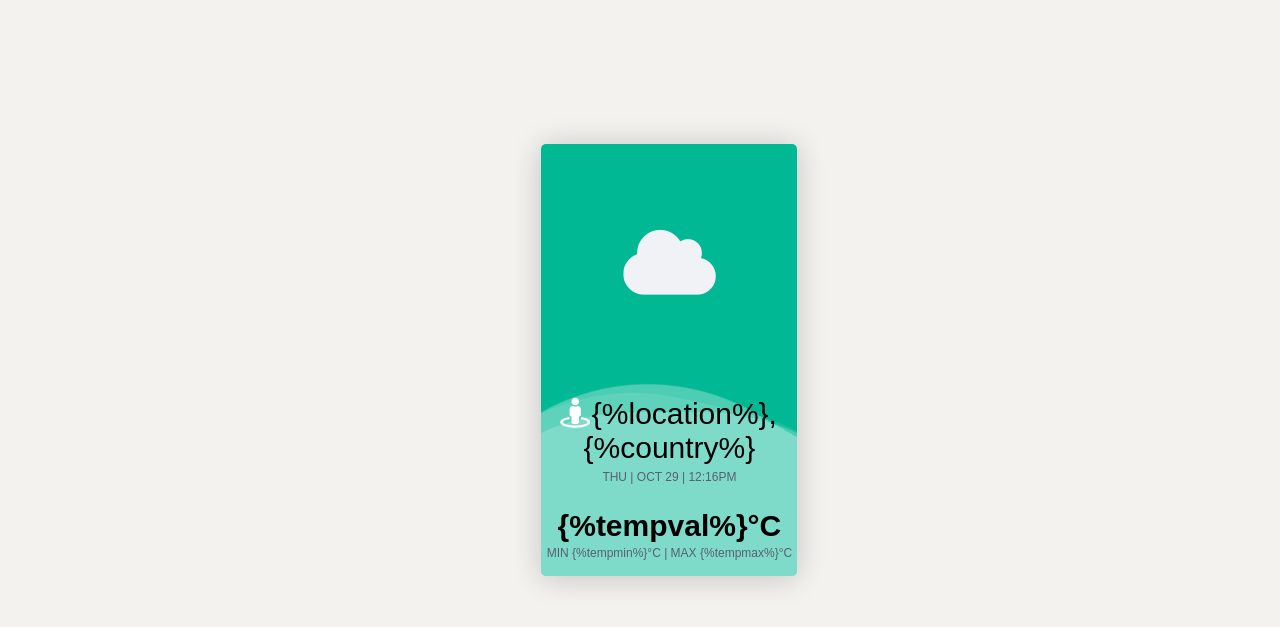
Repository: AalokJadhav/Weather_Website
Page: home.html
These files come from the project's save history. The page is drawn as it stood at one moment and after the next save; the edit follows.
The browser window is 1280 px wide. The pictures show the whole page.
Some web libraries are served in a nearby version.

Above is the page before, as saved 2020-11-07 23:23:43.

### home.html
<!DOCTYPE html>
<html lang="en">

<head>
    <meta charset="UTF-8">
    <meta name="viewport" content="width=device-width, initial-scale=1.0">
    <link rel="stylesheet" href="https://cdnjs.cloudflare.com/ajax/libs/font-awesome/5.10.0/css/all.min.css"
        integrity="sha512-PgQMlq+nqFLV4ylk1gwUOgm6CtIIXkKwaIHp/PAIWHzig/lKZSEGKEysh0TCVbHJXCLN7WetD8TFecIky75ZfQ=="
        crossorigin="anonymous" />
    <style>
        * {
            padding: 0;
            margin: 0;
            /* font-family: "Jost", sans-serif; */
            font-family: "Quicksand", sans-serif;
        }

        .goBack {
            background-color: #f1f1f1;
            color: black;
            right: 50%;
        }
        input:hover {
            background-color: #ddd;
            color: black;
}

        body {
            background: #f3f2ef;
            display: flex;
            justify-content: center;
            align-items: center;
            flex-wrap: wrap;
            height: 100vh;
            width: 100vw;
        }

        html,
        body {
            font-size: 62.5%;
            height: 100%;
        }

        html {
            background: #eee;
        }

        .box {
            width: 20vw;
            height: 60vh;
            border-radius: 0.5rem;
            box-shadow: 0 0.2rem 3rem rgba(0, 0, 0, 0.2);
            background: #00b894;
            position: relative;
            overflow: hidden;
            transform: translate3d(0, 0, 0);
            min-width: 20rem;
            min-height: 35rem;
        }

        .wave {
            opacity: 0.3;
            position: absolute;
            top: 120%;
            left: 50%;
            background: white;
            width: 50rem;
            height: 50rem;
            margin-left: -25rem;
            margin-top: -25rem;
            transform-origin: 50% 48%;
            border-radius: 43%;
            animation: drift 3000ms infinite linear;
            z-index: 1;
        }

        .wave.-three {
            animation: drift 5000ms infinite linear;
            z-index: 2 !important;
            opacity: 0.2;
        }

        .wave.-two {
            animation: drift 7000ms infinite linear;
            opacity: 0.1;
            z-index: 3 !important;
        }

        .box:after {
            content: "";
            display: block;
            left: 0;
            top: 0;
            width: 100%;
            height: 100%;
            z-index: 11;
            transform: translate3d(0, 0, 0);
        }

        @keyframes drift {
            from {
                transform: rotate(0deg);
            }

            from {
                transform: rotate(360deg);
            }
        }

        .info {
            position: absolute;
            bottom: 0;
            width: 100%;
            height: 45%;
            z-index: 4;
        }

        .location {
            margin-top: 1.5rem;
            text-align: center;
            font-weight: 800;
            font-size: 3rem;
            font-weight: 500;
        }

        .fa-street-view {
            animation: rotates 3s linear infinite alternate;
        }

        @keyframes rotates {
            from {
                transform: translateX(-0.5rem);
            }

            to {
                transform: translateX(0.5rem);
            }
        }

        #date {
            text-align: center;
            margin-top: 0.5rem;
            color: #57606f;
            font-size: 1.2rem;
            font-weight: 300;
            text-transform: uppercase;
        }

        .temp {
            margin-top: 2.5rem;
            text-align: center;
            font-size: 3rem;
        }

        .tempmin_max {
            text-align: center;
            margin-top: 0.3rem;
            font-weight: 300;
            font-size: 1.2rem;
            color: #57606f;
        }

        #weathercon {
            height: 55%;
            display: flex;
            justify-content: center;
            align-items: center;
            font-size: 3em;
        }

        #weathercon .fas {
            font-size: 6rem;
            animation: fas-anime 3s linear infinite alternate;
        }

        @keyframes fas-anime {
            from {
                transform: scale(1.1);
            }

            to {
                transform: scale(1.5);
            }
        }

        @media (max-width: 600px) {
            .box {
                width: 90vw;
                height: 80vh;
            }

            .wave {
                top: 85%;
            }

            #weathercon {
                font-size: 5em;
            }

            .info {
                font-size: 1.5rem;
            }
        }

        @media (max-height: 500px) {
            .box {
                height: 80vh;
            }

            .wave {
                top: 115%;
            }
        }

        body>span {
            width: 100vw;
            text-align: center;
            color: grey;
        }
    </style>
    <title>Weather App</title>
</head>
<body>
    <input type="button" value="Go Back!" class="goBack" onclick="goBack()" style="color: blue; position:relative;">

    <div class="box">
        <div class="wave -one"></div>
        <div class="wave -two"></div>
        <div class="wave -three"></div>

        <div id="weathercon">
            <i class="fas fa-sun" style="color: #f1c40f;"></i>
        </div>

        <div class="info">
            <h2 class="location"><i class="fas fa-street-view" style="color: #fff"></i>{%location%}, {%country%}</h2>
            <p id="date">THU | OCT 29 | 12:13PM</p>
            <h1 class="temp">{%tempval%}&deg;C</h1>
            <h3 class="tempmin_max">MIN {%tempmin%}&deg;C | MAX {%tempmax%}&deg;C</h3>
        </div>
    </div>
<br>

    <script>
        const curDate = document.getElementById('date');
        let weathercon = document.getElementById('weathercon');
        const tempStatus = "{%tempstatus%}";

        //condition to check sunny or cloudy
        if (tempStatus == "Sunny") {
            weathercon.innerHTML =
                "<i class='fas  fa-sun' style='color: #eccc68;'></i>";
        } else if (tempStatus == "Clouds") {
            weathercon.innerHTML =
                "<i class='fas  fa-cloud' style='color: #f1f2f6;'></i>";
        } else if (tempStatus == "Rainy") {
            weathercon.innerHTML =
                "<i class='fas  fa-cloud-rain' style='color: #a4b0be;'></i>";
        } else {
            weathercon.innerHTML =
                "<i class='fas  fa-cloud' style='color:#f1f2f6;'></i>";
        }

        const getCurrentDay = () => {
            var weekday = new Array(7);
            weekday[0] = "Sun";
            weekday[1] = "Mon";
            weekday[2] = "Tue";
            weekday[3] = "Wed";
            weekday[4] = "Thu";
            weekday[5] = "Fri";
            weekday[6] = "Sat";

            let currentTime = new Date();
            console.log(weekday[currentTime.getDay()]);
            let day = weekday[currentTime.getDay()];
            return day;
        };

        const getCurrentTime = () => {
            var months = [
                "Jan",
                "Feb",
                "March",
                "April",
                "May",
                "June",
                "July",
                "Aug",
                "Sept",
                "Oct",
                "Nov",
                "Dec"
            ]

            var now = new Date();
            var month = months[now.getMonth()];
            var date = now.getDate();

            let hours = now.getHours();
            let mins = now.getMinutes()

            let periods = 'AM';

            if (hours > 11) {
                periods = 'PM';
                if (hours > 12) hours -= 12;
            };

            if (mins < 10) {
                mins = '0' + mins;
            };
            return `${month} ${date} | ${hours}:${mins}${periods}`
            console.log(month + "/", + day);
        };
        curDate.innerHTML = getCurrentDay() + ' | ' + getCurrentTime()
        getCurrentTime();

        function goBack() {
  window.history.back();
}

    </script>
</body>

</html>

After the next save:
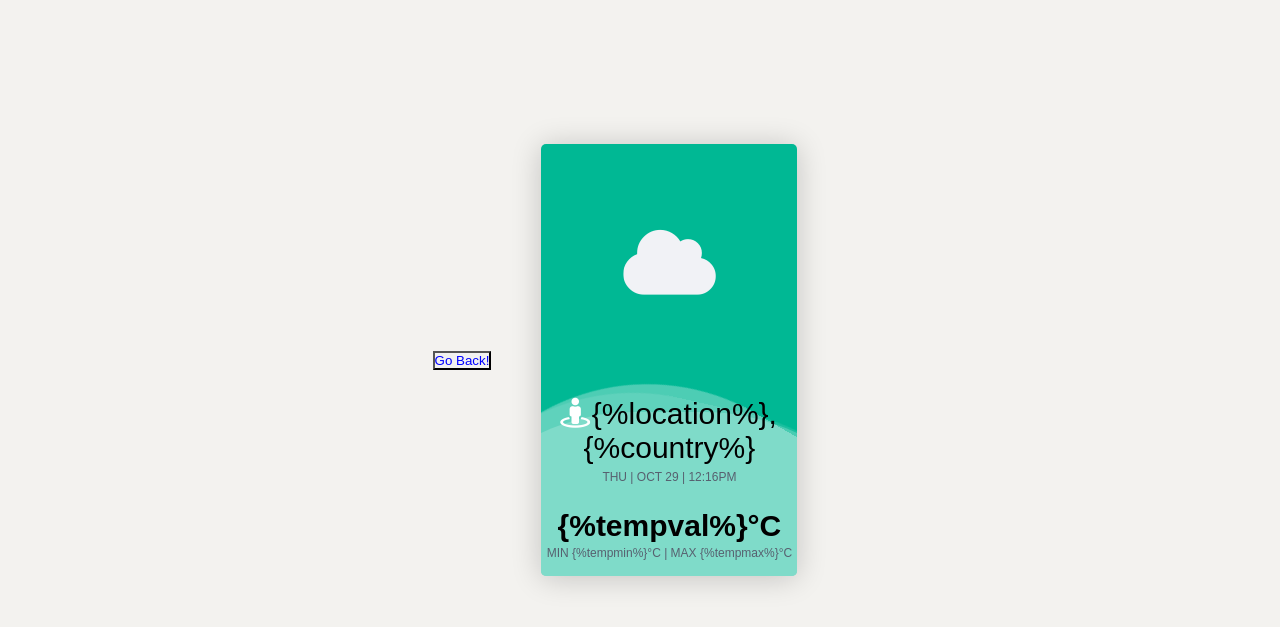
Saved 51 s later.
--- a/home.html
+++ b/home.html
@@ -18,7 +18,7 @@
         .goBack {
             background-color: #f1f1f1;
             color: black;
-            right: 50%;
+            right: 50px;
         }
         input:hover {
             background-color: #ddd;
